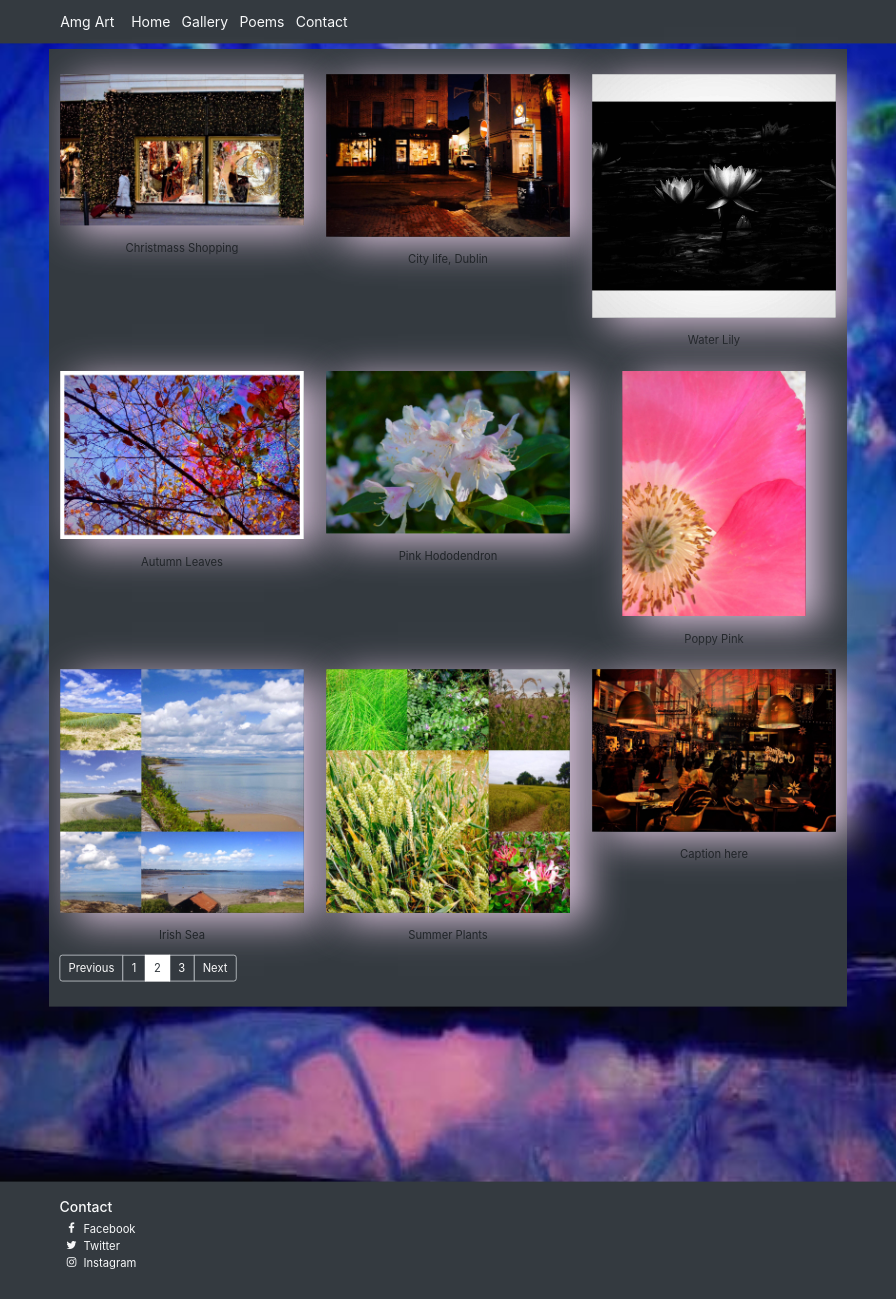
Repository: AllenGleeson/AmgArtGallery
Page: gallery2.html
The author's editor kept a record of every edit. The page is drawn from the files as they stood at one moment, then again after the next edit.
The browser window is 1280 px wide. The pictures show the whole page, at 70% of full size.

Above is the page before.

### gallery2.html
<!DOCTYPE html>
<html>

<head>
    <meta charset="UTF-8">
    <meta name="viewport" content="width=device-width, initial-scale=1.0">
    <meta http-equiv="X-UA-Compatible" content="ie=edge">
    <link rel="stylesheet" href="https://stackpath.bootstrapcdn.com/bootstrap/4.3.1/css/bootstrap.min.css" type="text/css" />
    <link rel="stylesheet" href="https://stackpath.bootstrapcdn.com/font-awesome/4.7.0/css/font-awesome.min.css" type="text/css" />
    <link rel="stylesheet" href="assets/css/style.css" type="text/css" />
</head>

<body>
    <header class="bg-dark mb-2">
        <nav class="navbar navbar-expand-sm navbar-light container">
            <a class="navbar-brand text-light" href="./index.html">Amg Art</a>
            <button class="navbar-toggler" type="button" data-toggle="collapse" data-target="#navbarNavAltMarkup" aria-controls="navbarNavAltMarkup" aria-expanded="false" aria-label="Toggle navigation">
                <span class="navbar-toggler-icon"></span>
            </button>
            <div class="collapse navbar-collapse" id="navbarNavAltMarkup">
                <div class="navbar-nav">
                    <a class="nav-item nav-link text-light" href="./index.html">Home</a>
                    <a class="nav-item nav-link text-light" href="./gallery1.html">Gallery</a>
                    <a class="nav-item nav-link text-light" href="./poems.html">Poems</a>
                    <a class="nav-item nav-link text-light active" href="./contact.html">Contact <span class="sr-only">(current)</span></a>
                </div>
            </div>
        </nav>
    </header>

    <section class="container bg-dark">

        <div class="row">
            <div class="col-sm-4 p-3 text-center" data-toggle="modal" data-target="#image-01">
                <img src="assets/images/christmassshopping.jpg" class="galleryImage"></img>
                <div class="text-center">Christmass Shopping</div>
            </div>
            <div class="col-sm-4 p-3 text-center" data-toggle="modal" data-target="#image-02">
                <img src="assets/images/citylifedublin.jpg" class="galleryImage"></img>
                <div class="text-center">City life, Dublin</div>
            </div>
            <div class="col-sm-4 p-3 text-center" data-toggle="modal" data-target="#image-03">
                <img src="assets/images/waterlily.jpg" class="galleryImage"></img>
                <div class="text-center">Water Lily</div>
            </div>
            <div class="col-sm-4 p-3 text-center" data-toggle="modal" data-target="#image-04">
                <img src="assets/images/autumnleaves.jpg" class="galleryImage"></img>
                <div class="text-center">Autumn Leaves</div>
            </div>
            <div class="col-sm-4 p-3 text-center" data-toggle="modal" data-target="#image-05">
                <img src="assets/images/pinkrhododendron.jpg" class="galleryImage"></img>
                <div class="text-center">Pink Hododendron</div>
            </div>
            <div class="col-sm-4 p-3 text-center" data-toggle="modal" data-target="#image-06">
                <img src="assets/images/poppypink.jpg" class="galleryImage"></img>
                <div class="text-center">Poppy Pink</div>
            </div>
            <div class="col-sm-4 p-3 text-center" data-toggle="modal" data-target="#image-07">
                <img src="assets/images/irishsea.jpg" class="galleryImage"></img>
                <div class="text-center">Irish Sea</div>
            </div>
            <div class="col-sm-4 p-3 text-center" data-toggle="modal" data-target="#image-08">
                <img src="assets/images/summerplants.jpg" class="galleryImage"></img>
                <div class="text-center">Summer Plants</div>
            </div>
            <div class="col-sm-4 p-3 text-center" data-toggle="modal" data-target="#image-09">
                <img src="assets/images/citydreaming.jpg" class="galleryImage"></img>
                <div class="text-center">Caption here</div>
            </div>
        </div>

        <!--  Gallery Page Navigation -->

        <nav aria-label="GalleryNav">
            <ul class="pagination">
                <li class="page-item">
                    <a class="page-link" href="./gallery1.html" tabindex="-1">Previous</a>
                </li>
                <li class="page-item">
                    <a class="page-link" href="./gallery1.html">1 <span class="sr-only">(current)</span></a>
                </li>
                <li class="page-item active">
                    <a class="page-link active" href="./gallery2.html">2 <span class="sr-only">(current)</span></a>
                </li>
                <li class="page-item">
                    <a class="page-link" href="./gallery3.html">3</a>
                </li>
                <li class="page-item">
                    <a class="page-link" href="./gallery3.html">Next</a>
                </li>
            </ul>
        </nav>
    </section>


    <footer class="p-4 bg-dark text-light">
        <div class="container">
            <div class="row">
                <div class="col-sm-6">
                    <h5>Contact</h5>

                    <ul class="fa-ul">
                        <li><a href="www.facebook.com/amgasdsd" class="text-light"><i class="fa-li fa fa-facebook"></i><span>Facebook</span></a></li>
                        <li><a href="www.twitter.com/amgasdsd" class="text-light"><i class="fa-li fa fa-twitter"></i><span>Twitter</span></a></li>
                        <li><a href="www.instagram.com/amgasdsd" class="text-light"><i class="fa-li fa fa-instagram"></i><span>Instagram</span></a></li>
                    </ul>
                </div>
            </div>
        </div>
    </footer>

    <!-- Modals for Images -->

    <div class="modal fade" id="image-01" tabindex="-1" role="dialog" aria-labelledby="exampleModalLabel" aria-hidden="true">
        <div class="modal-dialog modal-dialog-centered" role="image">
            <div class="modal-content">
                <div class="modal-body">
                    <img src="assets/images/christmassshopping.jpg" class="galleryImage"></img>
                    <div class="text-center">Christmass Shopping</div>
                </div>
            </div>
        </div>
    </div>

    <div class="modal fade" id="image-02" tabindex="-1" role="dialog" aria-labelledby="exampleModalLabel" aria-hidden="true">
        <div class="modal-dialog modal-dialog-centered" role="image">
            <div class="modal-content">
                <div class="modal-body">
                    <img src="assets/images/citylifedublin.jpg" class="mw-100"></img>
                    <div class="text-center">City life, Dublin</div>
                </div>
            </div>
        </div>
    </div>

    <div class="modal fade" id="image-03" tabindex="-1" role="dialog" aria-labelledby="exampleModalLabel" aria-hidden="true">
        <div class="modal-dialog modal-dialog-centered" role="image">
            <div class="modal-content">
                <div class="modal-body">
                    <img src="assets/images/waterlily.jpg" class="mw-100"></img>
                    <div class="text-center">Water Lily</div>
                </div>
            </div>
        </div>
    </div>

    <div class="modal fade" id="image-04" tabindex="-1" role="dialog" aria-labelledby="exampleModalLabel" aria-hidden="true">
        <div class="modal-dialog modal-dialog-centered" role="image">
            <div class="modal-content">
                <div class="modal-body">
                    <img src="assets/images/rose.jpg" class="mw-100"></img>
                    <div class="text-center">Rose</div>
                </div>
            </div>
        </div>
    </div>

    <div class="modal fade" id="image-05" tabindex="-1" role="dialog" aria-labelledby="exampleModalLabel" aria-hidden="true">
        <div class="modal-dialog modal-dialog-centered" role="image">
            <div class="modal-content">
                <div class="modal-body">
                    <img src="assets/images/sunsetmeath.jpg" class="mw-100"></img>
                    <div class="text-center">Sunset, Meath</div>
                </div>
            </div>
        </div>
    </div>

    <div class="modal fade" id="image-06" tabindex="-1" role="dialog" aria-labelledby="exampleModalLabel" aria-hidden="true">
        <div class="modal-dialog modal-dialog-centered" role="image">
            <div class="modal-content">
                <div class="modal-body">
                    <img src="assets/images/summercowparsley.jpg" class="mw-100"></img>
                    <div class="text-center">Summer cow parsley</div>
                </div>
            </div>
        </div>
    </div>

    <div class="modal fade" id="image-07" tabindex="-1" role="dialog" aria-labelledby="exampleModalLabel" aria-hidden="true">
        <div class="modal-dialog modal-dialog-centered" role="image">
            <div class="modal-content">
                <div class="modal-body">
                    <img src="assets/images/loghcrewmeath.jpg" class="mw-100"></img>
                    <div class="text-center">Loghcrew, Meath</div>
                </div>
            </div>
        </div>
    </div>

    <div class="modal fade" id="image-08" tabindex="-1" role="dialog" aria-labelledby="exampleModalLabel" aria-hidden="true">
        <div class="modal-dialog modal-dialog-centered" role="image">
            <div class="modal-content">
                <div class="modal-body">
                    <img src="assets/images/dublincafe.jpg" class="mw-100"></img>
                    <div class="text-center">Dublin cafe</div>
                </div>
            </div>
        </div>
    </div>

    <div class="modal fade" id="image-09" tabindex="-1" role="dialog" aria-labelledby="exampleModalLabel" aria-hidden="true">
        <div class="modal-dialog modal-dialog-centered" role="image">
            <div class="modal-content">
                <div class="modal-body">
                    <img src="assets/images/citydreaming.jpg" class="mw-100"></img>
                    <div class="text-center">City dreaming</div>
                </div>
            </div>
        </div>
    </div>

    <script src="https://code.jquery.com/jquery-3.3.1.slim.min.js" integrity="sha384-q8i/X+965DzO0rT7abK41JStQIAqVgRVzpbzo5smXKp4YfRvH+8abtTE1Pi6jizo" crossorigin="anonymous"></script>
    <script src="https://cdnjs.cloudflare.com/ajax/libs/popper.js/1.14.7/umd/popper.min.js" integrity="sha384-UO2eT0CpHqdSJQ6hJty5KVphtPhzWj9WO1clHTMGa3JDZwrnQq4sF86dIHNDz0W1" crossorigin="anonymous"></script>
    <script src="https://stackpath.bootstrapcdn.com/bootstrap/4.3.1/js/bootstrap.min.js" integrity="sha384-JjSmVgyd0p3pXB1rRibZUAYoIIy6OrQ6VrjIEaFf/nJGzIxFDsf4x0xIM+B07jRM" crossorigin="anonymous"></script>
</body>
</html>

### assets/css/style.css
section {
    display: block;
    width: 1800px;
    padding: 20px;
}

/*------------------------------------------------Color*/

.contentColor {
    background-color: #6A5ACD;
}

/*------------------------------------------------Nav Bar*/

.navbar-toggler {
    background-color: #fafafa;
}

.navbar-nav {
    font-size: 20px;
}

body {
    background-image: url("../images/bluescape.jpg");
    background-size: cover;
    background-repeat: no-repeat;
    background-position: center center;
}


/*------------------------------------------------Home Page*/

#FeaturedImages {
    border: 1px solid black;
    border-color: #fafafa;
    max-height: 700px;
    margin-left: auto;
    margin-right: auto;
    width: fit-content;
}

.carousel-item img {
    max-height: 700px;
}

@media only screen and (max-width: 768px) {
    .carousel-item img {
        max-height: 300px;
        max-width: 300px;
    }
}

/*------------------------------------------------Gallery Page*/

.galleryImage {
    max-height: 350px;
    max-width: 100%;
    margin-bottom: 20px;
    -webkit-box-shadow: 21px 11px 53px 0px rgba(235, 209, 235, 0.92);
    -moz-box-shadow: 21px 11px 53px 0px rgba(235, 209, 235, 0.92);
    box-shadow: 21px 11px 53px 0px rgba(235, 209, 235, 0.92);
}

@media only screen and (max-width: 768px) {
    .galleryImage {
        max-height: none;
    }
}

.page-item.disabled .page-link {
    color: #dee2e6;
    pointer-events: none;
    cursor: auto;
    background-color: #343a40;
}

.page-item.active .page-link {
    z-index: 1;
    color: #343a40;
    background-color: #fff;
    border-color: #fff;
}

.page-link {
    position: relative;
    display: block;
    padding: .5rem .75rem;
    margin-left: -1px;
    line-height: 1.25;
    color: #fafafa;
    background-color: #343a40;
    border: 1px solid #dee2e6;
}

/*------------------------------------------------Poems*/

.poems {
    max-width: 100%;
    -webkit-box-shadow: 21px 11px 53px 0px rgba(235, 209, 235, 0.92);
    -moz-box-shadow: 21px 11px 53px 0px rgba(235, 209, 235, 0.92);
    box-shadow: 21px 11px 53px 0px rgba(235, 209, 235, 0.92);
    padding: 0;
    border: none;
}

/*------------------------------------------------Contact*/

.aboutmeContainer {
    -webkit-box-shadow: 21px 11px 53px 0px rgba(235, 209, 235, 0.92);
    -moz-box-shadow: 21px 11px 53px 0px rgba(235, 209, 235, 0.92);
    box-shadow: 21px 11px 53px 0px rgba(235, 209, 235, 0.92);
    margin-bottom: 90px;
}

#aboutmeBio {
    font-size: 22px;
    font-family: Noto Sans, "san-serif";
    color: #fafafa;
}

#aboutImage {
    max-height: 350px;
    max-width: 100%;
    margin-bottom: 20px;
    -webkit-box-shadow: 21px 11px 53px 0px rgba(235, 209, 235, 0.92);
    -moz-box-shadow: 21px 11px 53px 0px rgba(235, 209, 235, 0.92);
    box-shadow: 21px 11px 53px 0px rgba(235, 209, 235, 0.92);
}

@media only screen and (max-width: 768px) {
    #aboutImage {
        max-height: none;
    }
}

/*------------------------------------------------Footer*/

footer {
    bottom: 0;
    width: 100%;
    white-space: nowrap;
    /* Set the fixed height of the footer here */
    margin: 0;
    margin-top: 250px;
}

@media only screen and (max-width: 500px) {
    footer {
        margin-top: 20px;
    }
}

#footer-icon {
    max-width: 150px;
}

After the next edit:
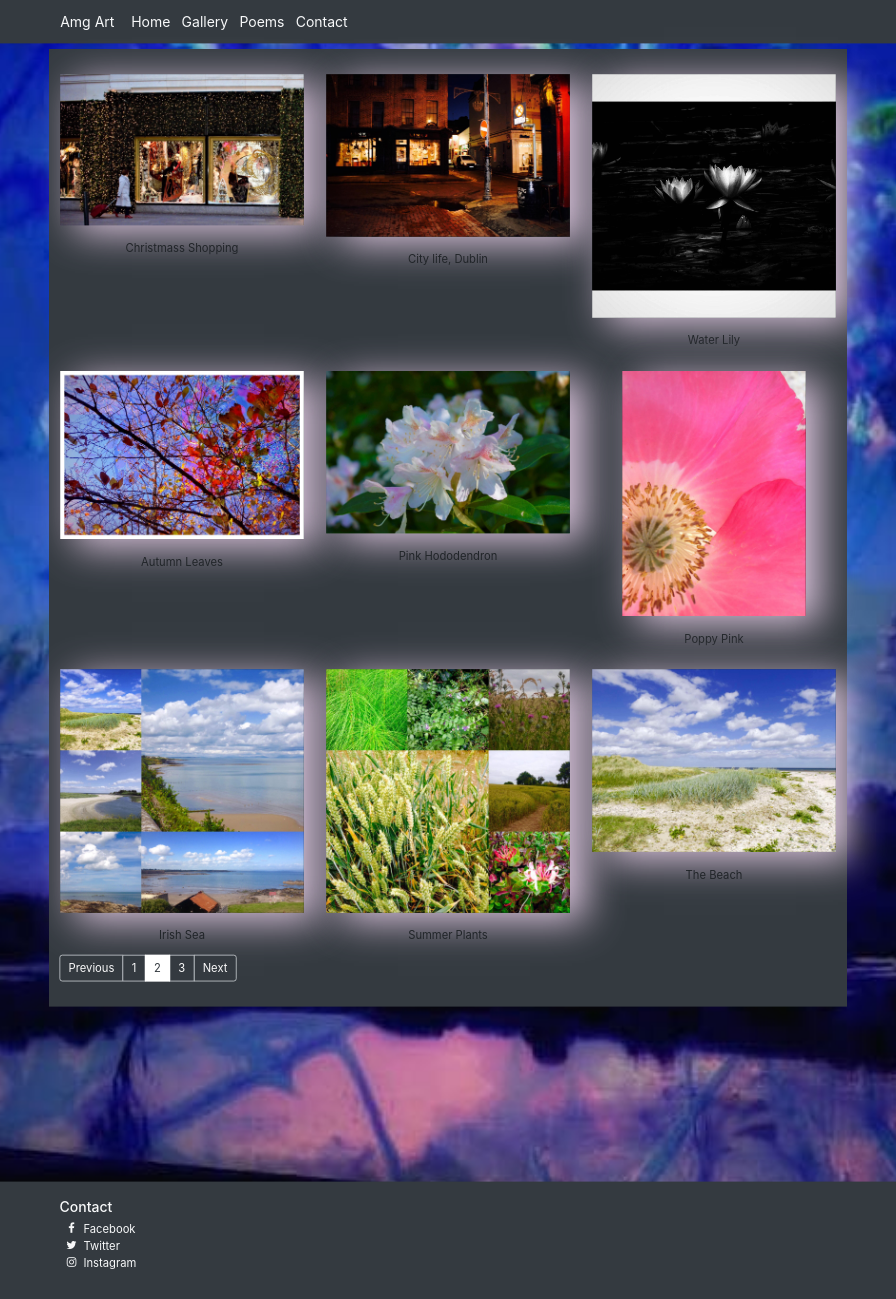
The edit:
--- a/gallery2.html
+++ b/gallery2.html
@@ -64,8 +64,8 @@
                 <div class="text-center">Summer Plants</div>
             </div>
             <div class="col-sm-4 p-3 text-center" data-toggle="modal" data-target="#image-09">
-                <img src="assets/images/citydreaming.jpg" class="galleryImage"></img>
-                <div class="text-center">Caption here</div>
+                <img src="assets/images/thebeach.jpg" class="galleryImage"></img>
+                <div class="text-center">The Beach</div>
             </div>
         </div>
 
